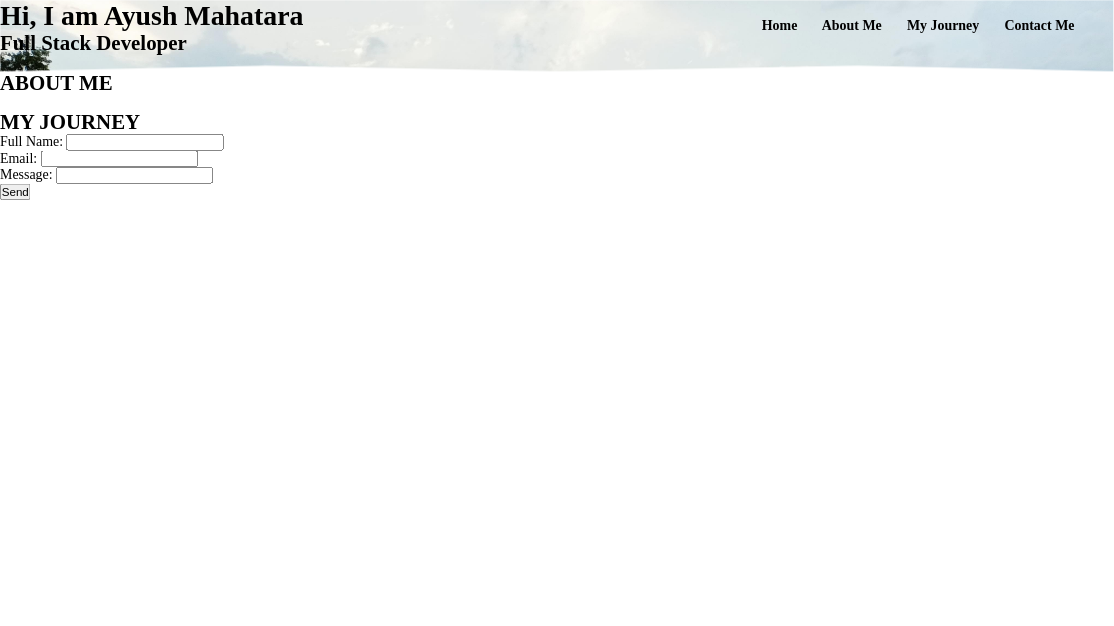
Repository: AyushMahatara/personal-website
Page: New folder/index.html
The author's editor kept a copy of each file at every save. The page is drawn from the files as they stood at one save, then again after the next save.
The browser window is 1280 px wide. The pictures show the whole page, at 87% of full size.
Backgrounds fixed to the window are drawn as part of the page.

Above is the page before, as saved 2023-07-20 16:38:20.

### New folder/index.html
<!DOCTYPE html>
<html lang="en">
  <head>
    <meta charset="UTF-8" />
    <meta name="viewport" content="width=device-width, initial-scale=1.0" />
    <link rel="stylesheet" href="/style.css" />
    <title>GA</title>
  </head>

  <style></style>
  <body>
    <header>
      <div class="first">
        <div>
          <nav>
            <a href="#">Home</a>
            <a href="#">About Me</a>
            <a href="#">My Journey</a>
            <a href="#">Contact Me</a>
            <!-- <a href="#">Home</a> -->
          </nav>
        </div>
        <div>
          <h1>Hi, I am Ayush Mahatara</h1>
          <h2>Full Stack Developer</h2>
          <img src="" alt="" />
        </div>
      </div>
    </header>
    <div class="second">
      <h2>ABOUT ME</h2>
      <div class="profilePic">
        <img src="" alt="" />
      </div>
      <div class="aboutMe"></div>
    </div>

    <div class="third">
      <h2>MY JOURNEY</h2>
      <div class="experience"></div>
    </div>

    <div class="contactMe">
      <div>
        <form action="">
          <div>
            <label for="">Full Name:</label>
            <input type="text" />
          </div>
          <div>
            <label for="">Email:</label>
            <input type="email" required />
          </div>
          <div>
            <label for="">Message:</label>
            <input type="textarea" />
            <div>
              <button type="submit">Send</button>
            </div>
          </div>
        </form>
      </div>
    </div>

    <footer>
      <div>
        <div>
          <a href=""></a>
          <a href=""></a>
        </div>
      </div>
    </footer>
  </body>
</html>

### New folder/style.css
* {
  margin: 0;
  padding: 0;
  text-decoration: none;
}
header {
  background-image: url("/background.jpg");
  background-size: cover;
  background-position: top;
  background-repeat: no-repeat;
  background-attachment: fixed;
  width: 100%;
  height: 100%;
  /* height: 100vh; */
  position: relative;
  clip-path: polygon(
    0 0,
    0 100%,
    24% 92%,
    50% 100%,
    77% 92%,
    100% 100%,
    100% 0
  );

  overflow: hidden;
}

nav {
  float: right;
  padding: 20px;
  font-weight: bold;
}

a {
  color: black;
}

nav a {
  padding-right: 25px;
}

.active {
  color: orange;
}

nav a:hover {
  color: orange;
}

After the next save:
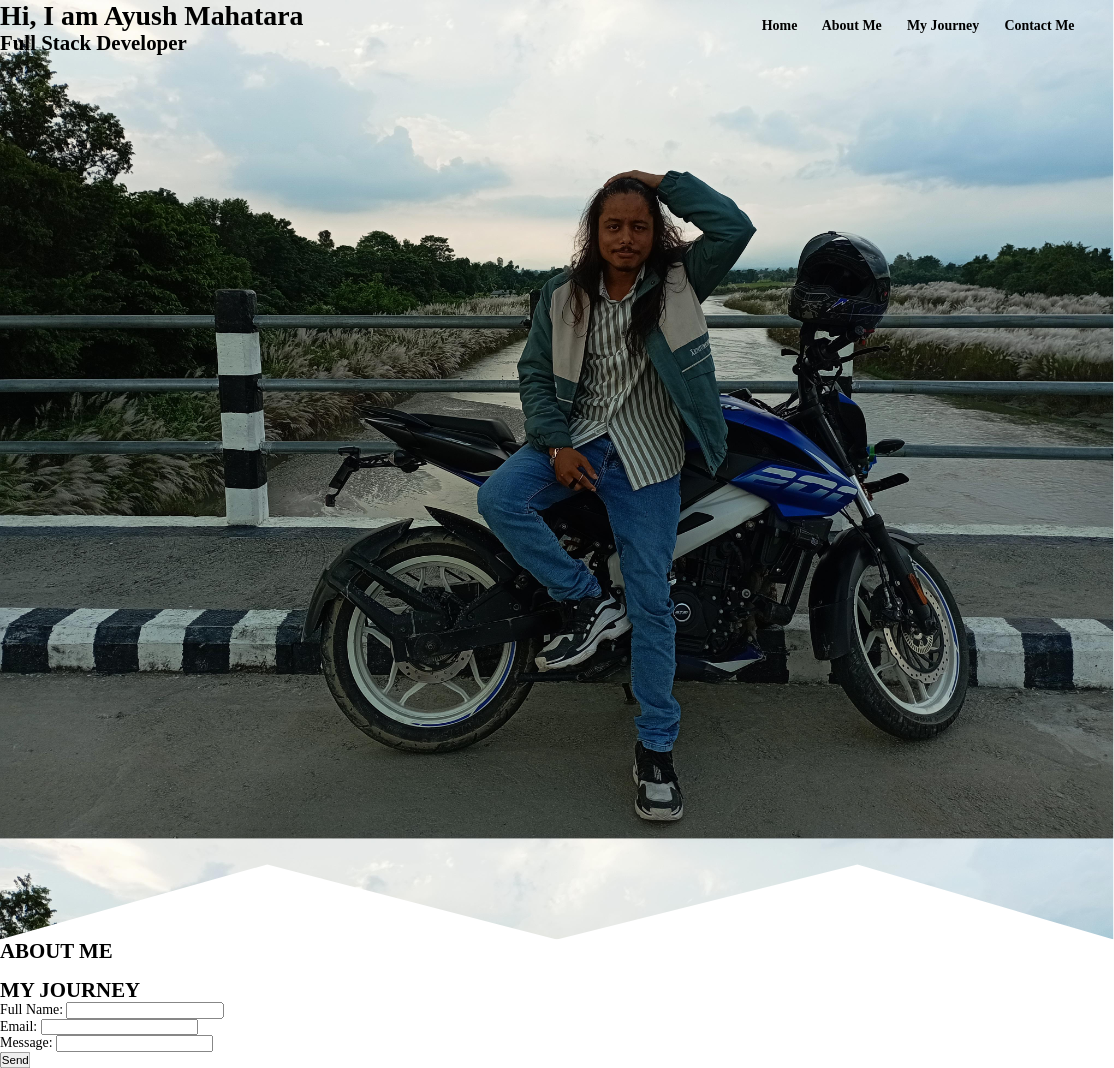
Saved 13 s later.
--- a/New folder/style.css
+++ b/New folder/style.css
@@ -10,8 +10,8 @@ header {
   background-repeat: no-repeat;
   background-attachment: fixed;
   width: 100%;
-  height: 100%;
-  /* height: 100vh; */
+  /* height: 100%; */
+  height: 150vh;
   position: relative;
   clip-path: polygon(
     0 0,
